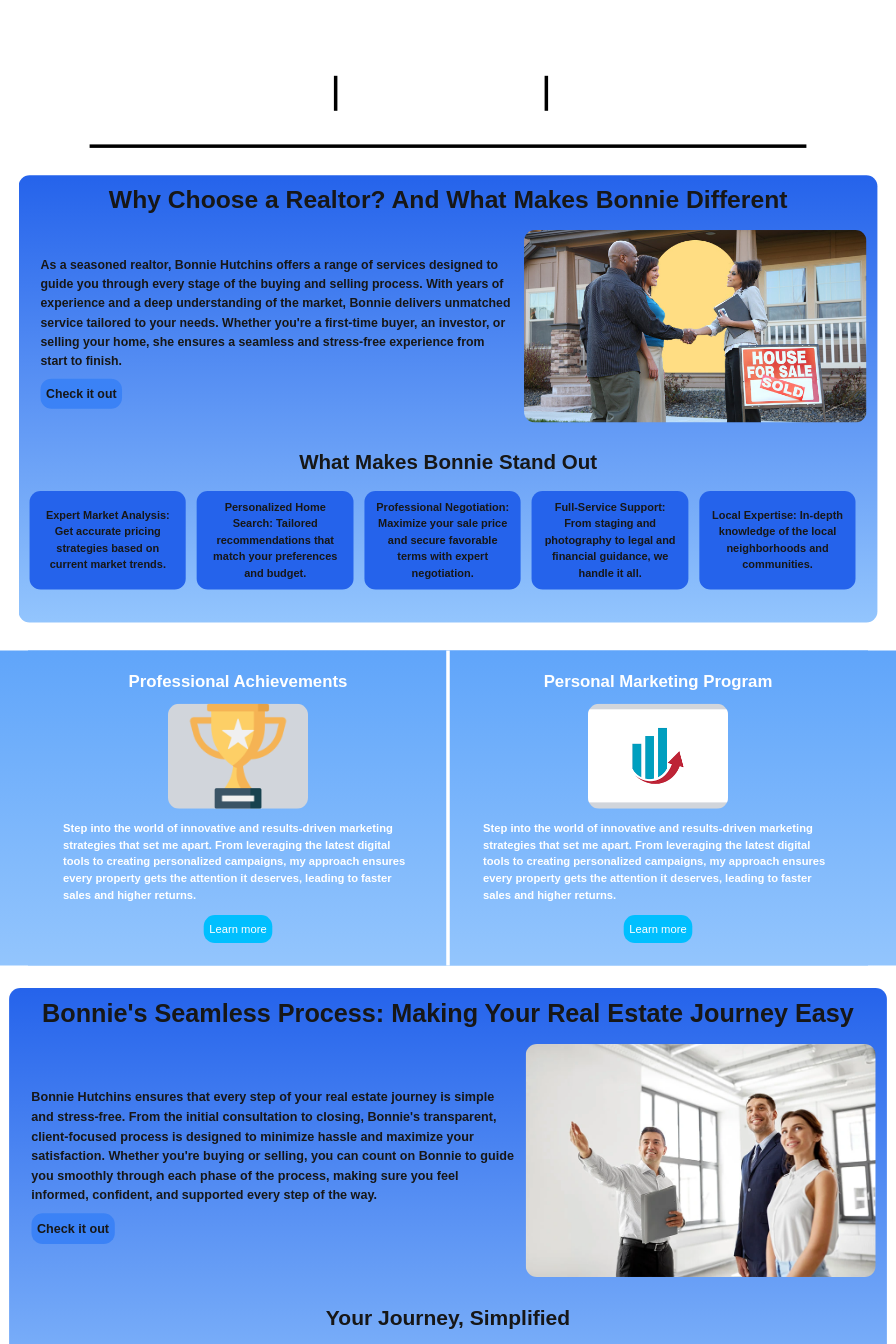
Repository: TMuse333/bonnie-website-
Page: / (app in frontend/)
An editor plug-in stored every save of this project. The page is shown before and after a run of saves, followed by the edit.
The browser window is 1280 px wide. The pictures show the part of the page from y = 876 to 2796 px (the page is 6887 px tall before and 6981 px after), at 70% of full size.
The project was rebuilt for these pictures with package versions that can differ from the ones it lists, and the page was loaded fresh each time. The framework's server and built-in components were replaced by stand-ins that run in the browser. Also part of the build but not shown: frontend/next.config.mjs.

Above is the page before, as saved 2024-12-09 15:59:26.

### frontend/src/app/layout.tsx
import { ContextProvider } from "@/context/context";
import type { Metadata } from "next";
import localFont from "next/font/local";
import "./globals.css";

const geistSans = localFont({
  src: "./fonts/GeistVF.woff",
  variable: "--font-geist-sans",
  weight: "100 900",
});
const geistMono = localFont({
  src: "./fonts/GeistMonoVF.woff",
  variable: "--font-geist-mono",
  weight: "100 900",
});

export const metadata: Metadata = {
  title: "Bonnie Hutchins",
  description: "A sample website for Bonnie Hutchins",
};

export default function RootLayout({
  children,
}: Readonly<{
  children: React.ReactNode;
}>) {
  return (
    <html lang="en">
      <ContextProvider>


      <body
        className={`${geistSans.variable} ${geistMono.variable} antialiased`}
      >
        {children}
      </body>
      </ContextProvider>
    </html>
  );
}

### frontend/src/app/page.tsx
"use client"


import AuroraHero from "./components/auroraHero/auroraHero";
import CountUpStats from "./components/countUpStats/countUpStats";
import ExperienceCard from "./components/experienceCard/experienceCard";
import { experienceCard1, experienceCard2 ,experienceCard3,
 displayBox1, displayBox2,blogData, closingStatement, contactCard} from "@/data/data";
// import ImageTextBox from "./components/imageTextBox/imageTextBox";
import DisplayBoxes from "./components/displayBox/displayBox";
import Testimonials from "./components/testimonials/testimonials";
import ScrollCarousel from "./components/scrollCarousel/scrollCarousel";
import Closer from "./components/closer/closer";
import BigNav from "./components/navbar/bigNav";
import Footer2 from "./components/footer/footer";
import ContactCard from "./components/contactCard/contactCard";

export default function Home() {

  return (
    <>

   <main className="relative w-screen overflow-x-hidden">
   <BigNav
    excludedLink=""
    />
    <AuroraHero/>
    <CountUpStats
    number1="45"
    number2="15.5"
    number3="20"/>

<ExperienceCard
    {...experienceCard2}
    />

    <DisplayBoxes
    data={displayBox1}
    />



 <ExperienceCard
    {...experienceCard3}
    />



    <DisplayBoxes
    data={displayBox2}
    />

  <ExperienceCard
    {...experienceCard1}
    />

    <Testimonials/>

    <ScrollCarousel
    images={blogData}
    bgImage
    />



    <Closer
    {...closingStatement}
    />

<ContactCard
    {...contactCard}
    />

    <Footer2
    excludedLink=""
    />


   </main>
   </>
  );
}

### frontend/src/context/context.tsx
"use client"

import React, { createContext, useState, useContext, ReactNode, useEffect } from 'react';

// Define the type for the context value
interface GeneralContextType {

  isMobile: boolean;
  setIsMobile: React.Dispatch<React.SetStateAction<boolean>>;
  heroInView: boolean;
  setHeroInView: React.Dispatch<React.SetStateAction<boolean>>;


}

// Create the context
export const GeneralContext = createContext<GeneralContextType | undefined>(undefined);

// Create a provider component
export const ContextProvider: React.FC<{ children: ReactNode }> = ({ children }) => {
  // Initialize the value state


  // Detect mobile devices
  const [isMobile, setIsMobile] = useState<boolean>(true);

const [heroInView, setHeroInView] = useState(true)





  useEffect(() => {
    const handleScroll = () => {
      if (typeof window !== 'undefined') {
        setIsMobile(window.innerWidth <= 865);
      }
    };

    if (typeof window !== 'undefined') {
      window.addEventListener('scroll', handleScroll);
      handleScroll(); // Initial check
    }

    return () => {
      if (typeof window !== 'undefined') {
        window.removeEventListener('scroll', handleScroll);
      }
    };
  }, []);


  useEffect(() => {
    console.log('is mobile', isMobile);
  }, [isMobile]);

  const contextValue = {

    isMobile,
    setIsMobile,
    heroInView, setHeroInView

  };

  return <GeneralContext.Provider value={contextValue}>{children}</GeneralContext.Provider>;
};

export const useGeneralContext = (): GeneralContextType => {
  const context = useContext(GeneralContext);
  if (!context) {
    throw new Error('useGeneralContext must be used within a ContextProvider');
  }
  return context;
};

### frontend/src/app/components/countUpStats/countUpStats.tsx
"use client"
import React, {useRef} from "react";
import CountUp from "react-countup";
import { useInView} from 'framer-motion'

interface Props {
  number1: string;
  number2: string;
  number3: string;
}

const CountUpStats: React.FC<Props> = ({ number1, number2, number3 }) => {

    const ref = useRef(null)
    const inView = useInView(ref,{
        once:true
    })
  return (
    <>
    <section   ref={ref}
    className="mx-auto w-screen max-w-[1200px]
    text-white">
         <h2 className="text-center px-4 font-bold text-2xl sm:text-3xl
         my-12">Lorem ipsum dolor sit amet consectetur adipisicing elit. Possimus, iusto?</h2>
         <p className="font-semibold px-4">
            Lorem ipsum dolor sit amet, consectetur adipisicing elit. Maxime enim dolore autem vitae, neque deserunt itaque minus officia modi repudiandae culpa hic explicabo mollitia rerum dolorem impedit, delectus, voluptatem facilis deleniti perferendis consectetur. Distinctio possimus, asperiores eius quos natus blanditiis. Dolore officiis voluptates architecto at temporibus. Omnis eaque rerum praesentium!
         </p>

    <section

      className="flex mx-auto flex-col justify-center items-center mt-4
      md:flex-row font-semibold"
    >

      {/* Number 1 */}
      <div className="text-2xl mb-6 flex flex-col
      justify-center md:flex-row items-start ">
        <CountUp start={0}
          end={inView ? parseInt(number1) : 0}
         duration={2} />
         &nbsp; millions sold
         <div className="w-[50vw] h-[5px] bg-black mb-6
      md:h-[50px] md:w-[5px] mx-4 " />
      </div>

      {/* Divider */}


      {/* Number 2 */}
      <div className="text-2xl mb-6 flex flex-col
      justify-center md:flex-row items-start ">
        <CountUp start={0}
          end={inView ? parseInt(number2) : 0}
         duration={2} />
         &nbsp; years of experience
         <div className="w-[50vw] h-[5px] bg-black mb-6
      md:h-[50px] md:w-[5px] mx-4 " />
      </div>

      {/* Number 3 */}
      <div className="text-2xl mb-6 flex flex-col
      justify-center md:flex-row items-start mb-auto">
        <CountUp start={0}
          end={inView ? parseInt(number3) : 0}
         duration={2} />
         +&nbsp; happy clients

      </div>
    </section>
    </section>

    <div className="w-[80vw] max-w-[1200px]
    mx-auto h-[5px] bg-black"
    />

    </>
  );
};

export default CountUpStats;

### frontend/src/data/data.ts


export const experienceCard1 = {
    title: "Helping Clients Achieve Their Dream Homes",
    src: "/helpful.jpg", // Replace with actual image path
    alt: "Realtor helping clients",
    description: "With over 10 years of experience, Bonnie Hutchins has successfully guided hundreds of clients through the home buying and selling process, ensuring a smooth, stress-free experience. From first-time buyers to seasoned investors, Bonnie has a proven track record of exceeding client expectations and achieving their goals.",
    aspects: [
        "Over 100 homes sold in the past year",
        "98% client satisfaction rate",
        "Average of 10% above asking price for listings",
        "Expert in navigating competitive real estate markets",
        "Quick and efficient closings, often ahead of schedule"
    ],
    link: '', // No link provided
    reverse: false, // As per your request
    aspectHeader:'Why Clients Trust Bonnie Hutchins'
};


export const experienceCard2 = {
    title: "Why Choose a Realtor? And What Makes Bonnie Different",
    src: "/helpful.jpg", // Use a relevant image for the card
    alt: "Bonnie Hutchins Realtor in Action",
    description: "As a seasoned realtor, Bonnie Hutchins offers a range of services designed to guide you through every stage of the buying and selling process. With years of experience and a deep understanding of the market, Bonnie delivers unmatched service tailored to your needs. Whether you're a first-time buyer, an investor, or selling your home, she ensures a seamless and stress-free experience from start to finish.",
    aspects: [
      "Expert Market Analysis: Get accurate pricing strategies based on current market trends.",
      "Personalized Home Search: Tailored recommendations that match your preferences and budget.",
      "Professional Negotiation: Maximize your sale price and secure favorable terms with expert negotiation.",
      "Full-Service Support: From staging and photography to legal and financial guidance, we handle it all.",
      "Local Expertise: In-depth knowledge of the local neighborhoods and communities."
    ],
    link: "", // Add a link if necessary (e.g., to a contact page or detailed services page)
    reverse: true, // Ensures the layout follows the same order as other cards
    aspectHeader:'What Makes Bonnie Stand Out'
  };

  export const experienceCard3 = {
    title: "Bonnie's Seamless Process: Making Your Real Estate Journey Easy",
    src: "/help.webp", // Use a relevant image for the card
    alt: "Bonnie Hutchins Guiding Clients Through the Process",
    description: "Bonnie Hutchins ensures that every step of your real estate journey is simple and stress-free. From the initial consultation to closing, Bonnie's transparent, client-focused process is designed to minimize hassle and maximize your satisfaction. Whether you're buying or selling, you can count on Bonnie to guide you smoothly through each phase of the process, making sure you feel informed, confident, and supported every step of the way.",
    aspects: [
      "Clear Communication: Stay informed with regular updates at every stage of the process.",
      "Personalized Plan: Tailored strategies that fit your specific needs and timeline.",
      "Expert Guidance: Receive professional insights and support from start to finish.",
      "Stress-Free Experience: We handle the details so you can focus on what matters most.",
      "Efficient Closings: We work to ensure timely and seamless closings with no surprises."
    ],
    link: "/process", // Link to the process page
    reverse: true, // Standard layout for this card
    aspectHeader: "Your Journey, Simplified"
  };




  export const imageTextBox1 = {
    src: '/bonnie.jpg',
    alt: 'bonnie the realtor',
    title: 'Professional Achievements',
    description: `Explore the milestones and successes that have solidified my reputation as a trusted name in real estate. From record-breaking sales to exceptional client relationships, my journey is a testament to dedication, expertise, and a passion for delivering results that exceed expectations.`,
    buttonText: 'Learn more',
    destination: '/'
};

export const imageTextBox2 = {
    src: '/bonnie.jpg',
    alt: 'bonnie the realtor',
    title: 'Marketing',
    description: `Step into the world of innovative and results-driven marketing strategies that set me apart. From leveraging the latest digital tools to creating personalized campaigns, my approach ensures every property gets the attention it deserves, leading to faster sales and higher returns.`,
    buttonText: 'Learn more',
    destination: '/'
};

export const displayBox1 = [
    {
        title:'Professional Achievements',
        src: '/trophy.png',
        alt: 'bonnie the realtor',
        description: `Step into the world of innovative and results-driven marketing strategies that set me apart. From leveraging the latest digital tools to creating personalized campaigns, my approach ensures every property gets the attention it deserves, leading to faster sales and higher returns.`,
        buttonText: 'Learn more',
        destination: '/'
    },
    {
        src: '/marketing.png',
        alt: 'bonnie the realtor',
        title: 'Personal Marketing Program',
        description: `Step into the world of innovative and results-driven marketing strategies that set me apart. From leveraging the latest digital tools to creating personalized campaigns, my approach ensures every property gets the attention it deserves, leading to faster sales and higher returns.`,
        buttonText: 'Learn more',
        destination: '/'
    }
]



export const displayBox2 = [
    {
        title: 'Buying real estate',
        src: '/buy-home.png',
        alt: 'Bonnie the Realtor - Helping Buyers',
        description: `Discover how I simplify the home-buying journey, guiding you every step of the way. Whether you're a first-time buyer or looking for your dream home, I offer expert advice, personalized property recommendations, and unmatched market insights to ensure a seamless and stress-free experience.`,
        buttonText: 'Explore Buyers Page',
        destination: '/buyers'
    },
    {
        src: '/for-sale.png',
        alt: 'Bonnie the Realtor - Helping Sellers',
        title: 'Sellers',
        description: `Learn how I make selling your property a rewarding and effortless process. From preparing your home for the market to securing the best possible price, my proven strategies and personalized approach ensure you achieve your goals with confidence and ease.`,
        buttonText: 'Explore Sellers Page',
        destination: '/sellers'
    }
];




export const blogData = [
    {
      src: '/trophy.png',
      alt: 'the trophy',
      title: 'Top Tips for First-Time Homebuyers',
      description: 'Discover essential strategies to navigate the home-buying process and secure your dream property with confidence.',
      link: '/blog/top-tips-for-first-time-homebuyers',
      date: 'Nov 17th 2024'
    },
    {
      src: '/trophy.png',
      alt: 'the trophy',
      title: '5 Home Staging Secrets to Sell Faster',
      description: 'Learn expert-approved home staging tips to make your property irresistible to potential buyers and sell quickly.',
      link: '/blog/home-staging-secrets',
      date: 'Nov 10th 2024'
    },
    {
      src: '/trophy.png',
      alt: 'the trophy',
      title: 'Understanding the Real Estate Market Trends',
      description: 'Stay ahead in the market by understanding the latest real estate trends and how they impact buying and selling decisions.',
      link: '/blog/real-estate-market-trends',
      date: 'Nov 3rd 2024'
    },
    {
      src: '/trophy.png',
      alt: 'the trophy',
      title: 'How to Find the Perfect Neighborhood',
      description: 'Explore key factors to consider when choosing a neighborhood that aligns with your lifestyle and long-term goals.',
      link: '/blog/perfect-neighborhood-guide',
      date: 'Oct 27th 2024'
    },
    {
      src: '/trophy.png',
      alt: 'the trophy',
      title: 'The Importance of Pre-Approval for Buyers',
      description: 'Understand why getting pre-approved is a critical step for buyers and how it can simplify the home-buying process.',
      link: '/blog/importance-of-pre-approval',
      date: 'Oct 20th 2024'
    }
  ];


  export const closingStatement = {
    image: '/hero-building.jpeg',
    title: 'Ready to Take the Next Step?',
    description: 'Whether you’re buying your dream home, selling for the best value, or simply exploring options, I’m here to guide you every step of the way. Let’s make your real estate goals a reality with personalized expertise and unmatched commitment.',
    buttonText: 'Get Started',
    destination: '/contact'
  };


  interface Props {
    src:string,
    alt:string,
    name:string,
    title:string
    description:string,
    quote:string
    phone:string,
    email:string,
    socials:{
        src:string,
        destination:string,
        alt:string
    }[]
}


export const contactCard = {
  src:'/bonnie.jpg',
  alt:'Bonnie',
  name:'Bonnie Hutchins',
  title:"REALTOR®, FR\n"+
  "REMAX NOVA",
  description:'',
  quote:'',
  phone:'(902) 488-2820',
  email:'BonnieHutchins7@gmail.com\n'+
  "397 Bedford Highway\n"+
  "Halifax, Nova Scotia\n"+
  "Canada B3M 2L3",
  socials:[{
    src:'',
    destination:'',
    alt:''
  }]

}

### frontend/src/app/components/displayBox/displayBox.tsx
import React from "react";
import Image from 'next/image'
import Link from "next/link";


interface ElementProps {
    title:string,
    src:string,
    alt:string,
    description:string,
    buttonText:string,
    destination:string
}

const Element:React.FC<ElementProps> = ({
    title,src,alt,description,buttonText,
    destination
}) => {

    return (
        <section className="w-[90vw] mx-auto flex
        mt-2
        flex-col justify-center items-center relative

        sm:w-[45vw] max-w-[500px] mb-8">
            <h2 className="text-white text-center
            text-2xl mb-4 font-semibold">{title}</h2>
            <Image
            src={src}
            alt={alt}
            width={600}
            height={1300}
            className='w-[40vw]  h-[20vw]
            max-h-[150px] mx-auto object-contain
            max-w-[200px] bg-gray-300 rounded-2xl'
            />
            <p className="text-white my-4 font-semibold">{description}</p>
            <button className="bg-[#00bfff]
            p-2 rounded-2xl text-white">
                <Link href={destination}>
                    {buttonText}
                </Link>
            </button>


        </section>

    )
}

interface DisplayBoxProps {
    data:ElementProps[]
}

    const DisplayBoxes:React.FC<DisplayBoxProps> = ({
        data
    }) => {

        return (
            <section className="w-screen relative
            bg-gradient-to-b from-blue-400 to-blue-300 "
            >


            <section className="flex flex-col
            sm:grid grid-cols-2 justify-center
            items-center max-w-[1200px]
            mx-auto bg-gradient-to-b from-blue-400 to-blue-300
             pt-5">
                <div className="absolute
                top-1/2 w-full
                 sm:top-0
                left-1/2 -translate-x-1/2 h-[5px]
                 md:h-full
                sm:w-[5px] bg-white"/>
                {data.map((data, index) => (
                    <Element
                    {...data}
                    key={index}
                    />
                ))}
            </section>
            </section>

        )
    }


    export default DisplayBoxes

### frontend/src/app/components/contactCard/contactCard.tsx
import Image from "next/image";
import Link from "next/link";
import React from "react";



interface Props {
    src:string,
    alt:string,
    name:string,
    title:string
    description:string,
    quote:string
    phone:string,
    email:string,
    socials:{
        src:string,
        destination:string,
        alt:string
    }[]
}


const ContactCard:React.FC<Props> = ({
    src,alt,name,
    phone,email,socials,title,quote
}) => {


    return (
        <section className="mx-auto flex flex-col
        md:flex-row max-w-[1200px] my-12">
            <section className="text-center
            md:w-[33vw] max-w-[400px]">
                <h3 className="mb-2 font-bold
                text-3xl">{name}</h3>
                <h4 className="mb-2 font-semibold
                whitespace-pre-line">{title}</h4>
                <p className="mb-2 px-4">{quote}</p>
            </section>
            <section className="md:w-[33vw] max-w-[400px]">
                <Image
                src={src}
                alt={alt}
                className='w-[70vw]
                object-contain mx-auto
                max-w-[200px] hax-h-[250px]'
                width={600}
                height={1300}
                />
            </section>
            <section className="text-center  md:w-[33vw] max-w-[400px]">
                <h3 className="mb-2 text-2xl font-semibold">Contact Information</h3>
                <p className="mb-2 font-semibold">{phone}</p>
                <p className="mb-2 font-semibold whitespace-pre-line

                leading-6">{email}</p>
                {/* <ul className="flex items-center w-full
                ">
                    {socials.map((social,index)=>(
                        <li className="mx-auto"
                        key={index}
                        >
                            <Image
                            src={social.src}
                            alt={social.alt}
                            className='w-[100px]
                            object-contain'
                            width={600}
                            height={1300}
                            />
                            <Link
                            href={social.destination}
                            />
                        </li>
                    ))}
                </ul> */}
            </section>

        </section>
    )
}

export default ContactCard

Loaded but not shown: frontend/src/app/globals.css (common file); frontend/tailwind.config.ts (common file); frontend/src/app/components/navbar/bigNav.tsx (512 lines, source omitted); frontend/src/app/components/experienceCard/experienceCard.tsx (191 lines, source omitted); frontend/src/app/components/auroraHero/auroraHero.tsx (207 lines, source omitted); frontend/src/app/components/testimonials/testimonials.tsx (127 lines, source omitted); frontend/src/app/components/scrollCarousel/scrollCarousel.tsx (161 lines, source omitted); frontend/src/app/components/footer/footer.tsx (178 lines, source omitted); frontend/src/app/components/slidingText/slidingText.tsx (85 lines, source omitted); frontend/src/app/components/closer/closer.tsx (107 lines, source omitted)

After the next 2 saves:
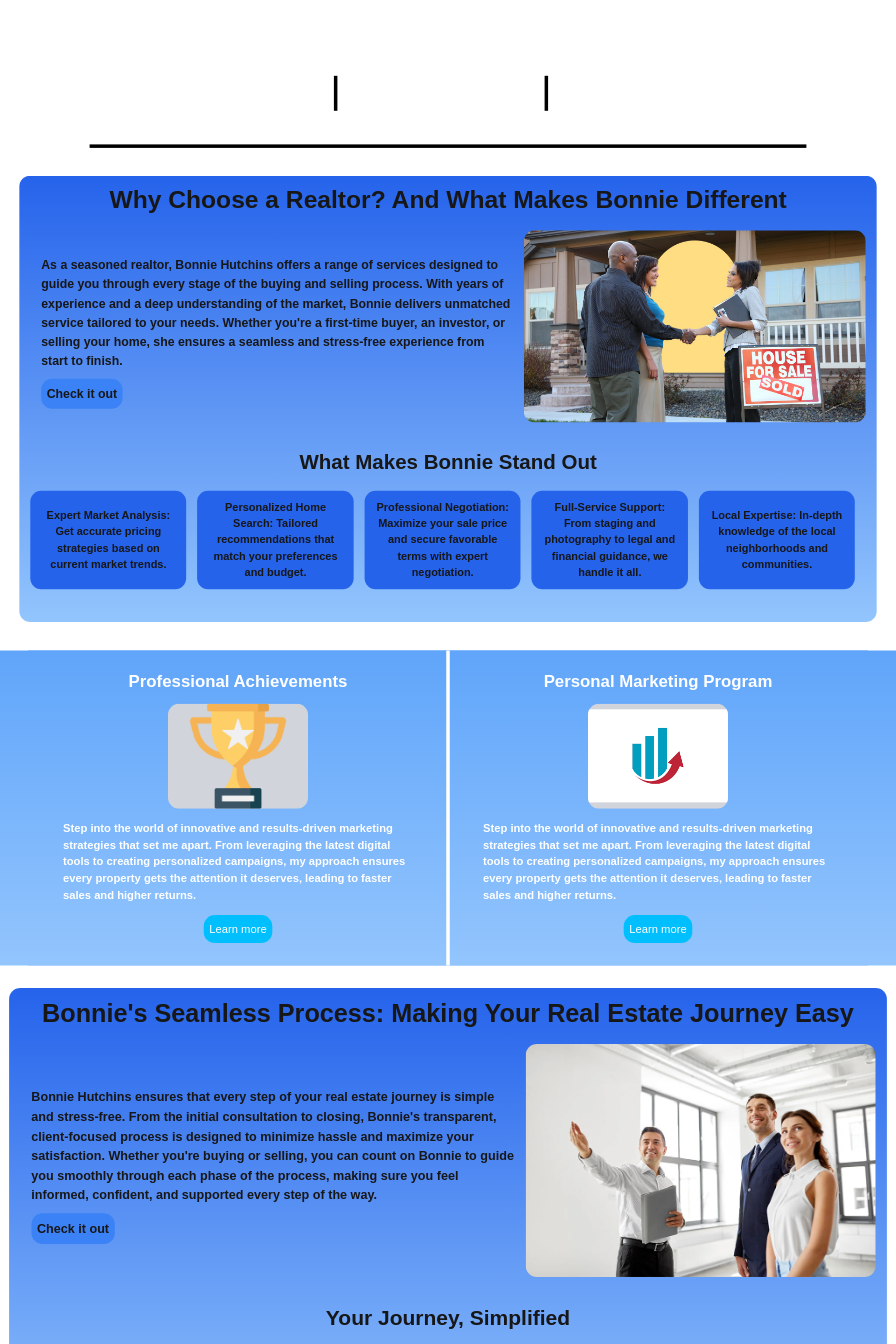
The 2 saves are shown as one change because they came seconds apart.
The last was saved 2 min 10 s later.
--- a/frontend/src/data/data.ts
+++ b/frontend/src/data/data.ts
@@ -2,7 +2,7 @@
 
 export const experienceCard1 = {
     title: "Helping Clients Achieve Their Dream Homes",
-    src: "/helpful.jpg", // Replace with actual image path
+    src: "/home.jpeg", // Replace with actual image path
     alt: "Realtor helping clients",
     description: "With over 10 years of experience, Bonnie Hutchins has successfully guided hundreds of clients through the home buying and selling process, ensuring a smooth, stress-free experience. From first-time buyers to seasoned investors, Bonnie has a proven track record of exceeding client expectations and achieving their goals.",
     aspects: [
